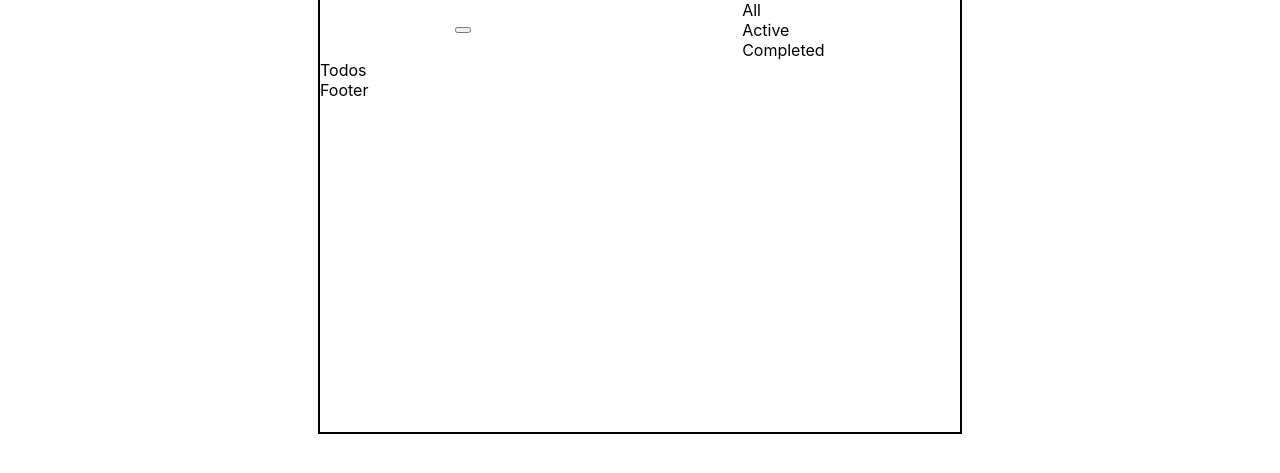
Repository: DongjaJ/React-Todo
Page: / (app in react-todo/)
An editor plug-in stored every save of this project. The page is shown before and after the next save, followed by the edit.
The browser window is 1280 px wide. The pictures show the whole page.
The project was rebuilt for these pictures with package versions that can differ from the ones it lists, and the page was loaded fresh each time.

Above is the page before, as saved 2023-05-15 13:47:05.

### react-todo/public/index.html
<!DOCTYPE html>
<html lang="en">
	<head>
		<meta charset="utf-8" />
		<link rel="icon" href="%PUBLIC_URL%/favicon.ico" />
		<meta name="viewport" content="width=device-width, initial-scale=1" />
		<meta name="theme-color" content="#000000" />
		<meta
			name="description"
			content="Web site created using create-react-app" />
		<link rel="apple-touch-icon" href="%PUBLIC_URL%/logo192.png" />
		<!--
      manifest.json provides metadata used when your web app is installed on a
      user's mobile device or desktop. See https://developers.google.com/web/fundamentals/web-app-manifest/
    -->
		<link rel="manifest" href="%PUBLIC_URL%/manifest.json" />
		<!--
      Notice the use of %PUBLIC_URL% in the tags above.
      It will be replaced with the URL of the `public` folder during the build.
      Only files inside the `public` folder can be referenced from the HTML.

      Unlike "/favicon.ico" or "favicon.ico", "%PUBLIC_URL%/favicon.ico" will
      work correctly both with client-side routing and a non-root public URL.
      Learn how to configure a non-root public URL by running `npm run build`.
    -->
		<title>📘 Todo</title>
	</head>
	<body>
		<noscript>You need to enable JavaScript to run this app.</noscript>
		<div id="root"></div>
		<!--
      This HTML file is a template.
      If you open it directly in the browser, you will see an empty page.

      You can add webfonts, meta tags, or analytics to this file.
      The build step will place the bundled scripts into the <body> tag.

      To begin the development, run `npm start` or `yarn start`.
      To create a production bundle, use `npm run build` or `yarn build`.
    --></body>
</html>

### react-todo/src/App.js
import './App.css';
import Footer from './components/Footer';
import Header from './components/Header';
import Todos from './components/Todos';

function App() {
	return (
		<div className="App">
			<Header></Header>
			<Todos></Todos>
			<Footer></Footer>
		</div>
	);
}

export default App;

### react-todo/src/App.css
body {
	display: flex;
	flex-direction: column;
	justify-content: center;
	align-items: center;
}

.App {
	outline: 2px solid black;
	width: 50vw;
	height: 60vh;
}

### react-todo/src/components/Footer.jsx
import React from 'react';

export default function Footer() {
	return <div>Footer</div>;
}

### react-todo/src/components/Header.jsx
import React from 'react';
import { BsFillSunFill, BsFillMoonFill } from 'react-icons';
import stlyes from '../styles/Header.module.css';

export default function Header() {
	return (
		<div className={stlyes.header}>
			<button></button>
			<div className="category-section">
				<section>All</section>
				<section>Active</section>
				<section>Completed</section>
			</div>
		</div>
	);
}

### react-todo/src/components/Todos.jsx
import React from 'react';

export default function Todos() {
	return <div>Todos</div>;
}

### react-todo/src/styles/Header.module.css
.header {
	display: flex;
	justify-content: space-around;
	align-items: center;
}

.category-section {
	display: flex;
	justify-content: space-between;
	align-items: center;
}

Loaded but not shown: react-todo/src/index.js (common file); react-todo/src/index.css (common file); react-todo/src/reportWebVitals.js (common file)

After the next save:
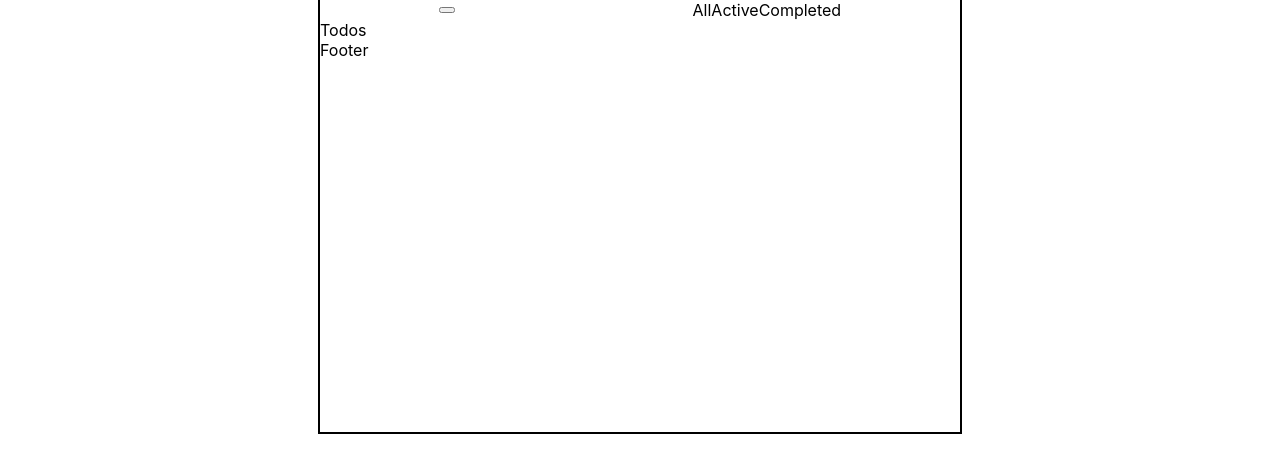
Saved 8 s later.
--- a/react-todo/src/components/Header.jsx
+++ b/react-todo/src/components/Header.jsx
@@ -6,7 +6,7 @@ export default function Header() {
 	return (
 		<div className={stlyes.header}>
 			<button></button>
-			<div className="category-section">
+			<div className={stlyes['category-section']}>
 				<section>All</section>
 				<section>Active</section>
 				<section>Completed</section>
